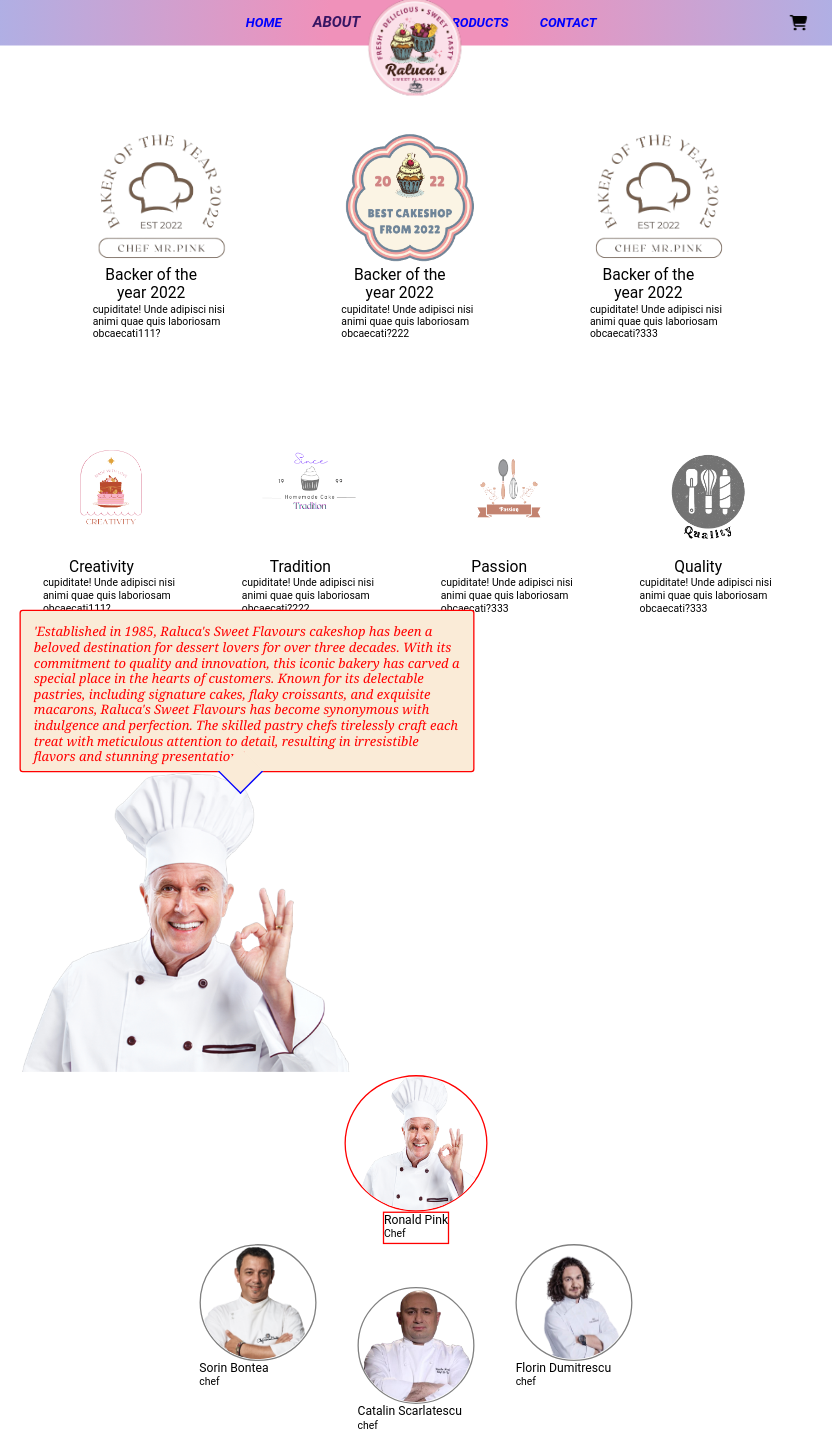
Repository: RalucaZota/cakeshop
Page: /about
The author's editor kept a copy of each file at every save. The page is drawn from the files as they stood at one save, then again after the next save.
The browser window is 1280 px wide. The pictures show the whole page, at 65% of full size.
The project was rebuilt for these pictures with package versions that can differ from the ones it lists, and the page was loaded fresh each time. Also part of the build but not shown: vite.config.js, src/components/AddtoCartButton.vue, src/components/FavoriteProduct.vue, src/components/ProductItem.vue, src/components/Testimonials.vue, src/views/Home.vue, src/views/Products.vue, src/views/Contact.vue.

Above is the page before, as saved 2023-06-29 20:26:32.

After the next save:
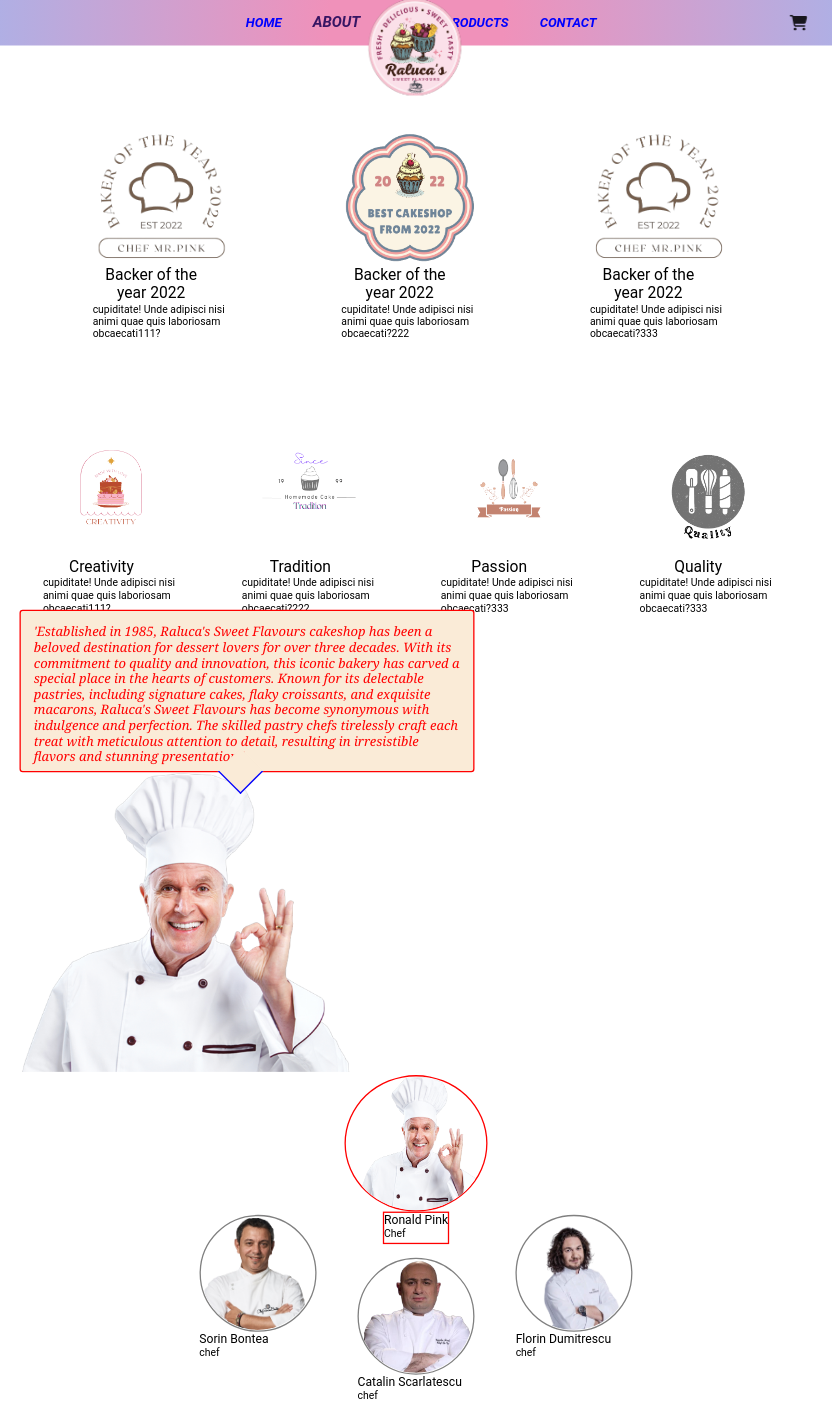
Saved 3 min 59 s later.
--- a/src/styles/StaffComponent.scss
+++ b/src/styles/StaffComponent.scss
@@ -3,6 +3,7 @@
     justify-content: space-evenly;
     flex-wrap: wrap;
     position: relative;
+    bottom: 45px;
     .chefs{
       position: absolute;
       top: 30%;
